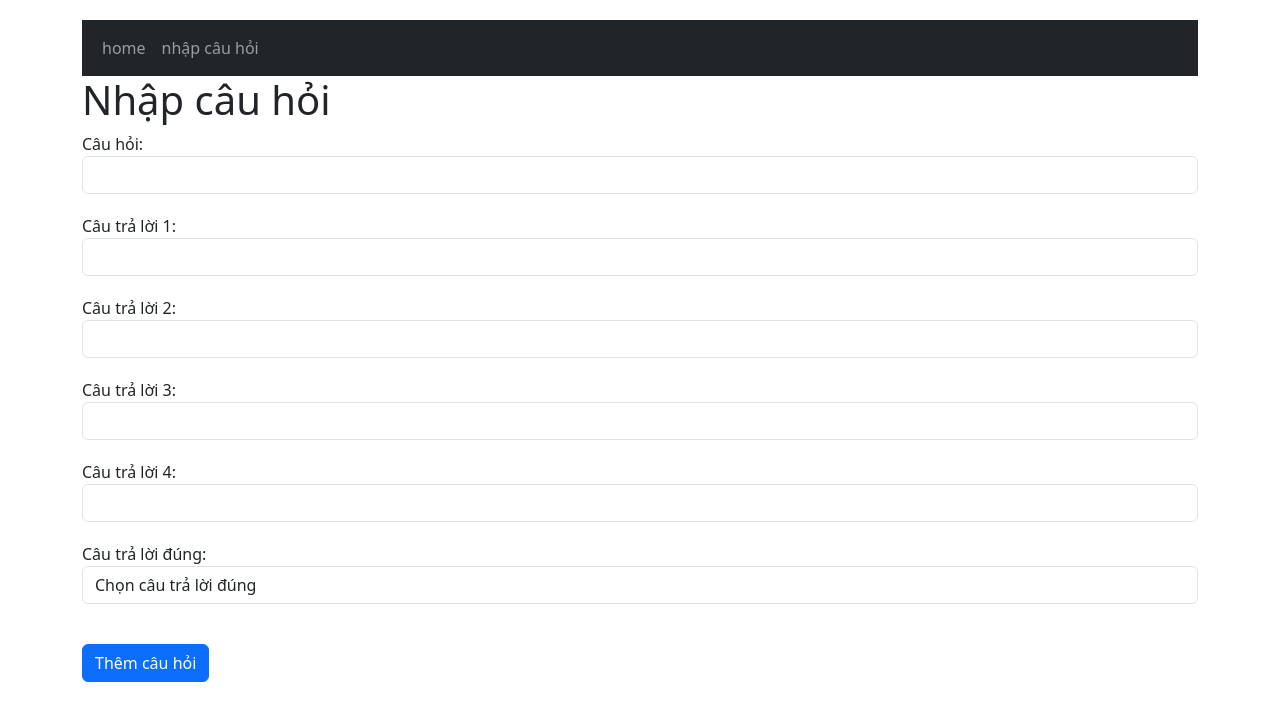
Repository: tran-thien-nhan/quiz_tlln
Page: nhap_cau_hoi.html
The author's editor kept a copy of each file at every save. The page is drawn from the files as they stood at one save, then again after the next save.
The browser window is 1280 px wide. The pictures show the whole page.

Above is the page before, as saved 2023-06-25 10:58:14.

### nhap_cau_hoi.html
<!DOCTYPE html>
<html lang="en">

<head>
    <meta charset="UTF-8">
    <meta name="viewport" content="width=device-width, initial-scale=1.0">
    <title>Nhập câu hỏi</title>
    <!-- CSS -->
    <link rel="stylesheet" href="https://cdn.jsdelivr.net/npm/bootstrap@5.3.0/dist/css/bootstrap.min.css">
    <style>
        body {
            padding: 20px;
        }

        .form-group {
            margin-bottom: 20px;
        }

        .btn-submit {
            margin-top: 20px;
        }
    </style>
</head>

<body>
    <div class="container">
        <nav class="navbar navbar-expand-sm bg-dark navbar-dark">
            <div class="container-fluid">
                <!-- Links -->
                <ul class="navbar-nav">
                    <li class="nav-item">
                        <a class="nav-link" href="index.html">home</a>
                    </li>
                    <li class="nav-item">
                        <a class="nav-link" href="nhap_cau_hoi.html">nhập câu hỏi</a>
                    </li>
                </ul>
            </div>
        </nav>
        <h1>Nhập câu hỏi</h1>
        <form id="question-form">
            <div class="form-group">
                <label for="question">Câu hỏi:</label>
                <input type="text" id="question" name="question" class="form-control" required>
            </div>
            <div class="form-group">
                <label for="choice1">Câu trả lời 1:</label>
                <input type="text" id="choice1" name="choice1" class="form-control" required>
            </div>
            <div class="form-group">
                <label for="choice2">Câu trả lời 2:</label>
                <input type="text" id="choice2" name="choice2" class="form-control" required>
            </div>
            <div class="form-group">
                <label for="choice3">Câu trả lời 3:</label>
                <input type="text" id="choice3" name="choice3" class="form-control" required>
            </div>
            <div class="form-group">
                <label for="choice4">Câu trả lời 4:</label>
                <input type="text" id="choice4" name="choice4" class="form-control" required>
            </div>
            <div class="form-group">
                <label for="correct-answer">Câu trả lời đúng:</label>
                <select id="correct-answer" name="correctAnswer" class="form-control" required>
                    <option value="" disabled selected>Chọn câu trả lời đúng</option>
                    <option value="choice1">Câu trả lời 1</option>
                    <option value="choice2">Câu trả lời 2</option>
                    <option value="choice3">Câu trả lời 3</option>
                    <option value="choice4">Câu trả lời 4</option>
                </select>
            </div>
            <button type="submit" class="btn btn-primary btn-submit">Thêm câu hỏi</button>
        </form>
    </div>

    <!-- JavaScript -->
    <script src="https://cdn.jsdelivr.net/npm/bootstrap@5.3.0/dist/js/bootstrap.bundle.min.js"></script>
    <script src="https://code.jquery.com/jquery-3.6.0.min.js"></script>
    <script>
        $(document).ready(function () {
            $('#question-form').submit(function (e) {
                e.preventDefault();

                // Lấy giá trị từ form
                var question = $('#question').val();
                var choice1 = $('#choice1').val();
                var choice2 = $('#choice2').val();
                var choice3 = $('#choice3').val();
                var choice4 = $('#choice4').val();
                var correctAnswer = $('#correct-answer').val();

                // Tạo object từ giá trị
                var newQuestion = {
                    "question": question,
                    "choices": [choice1, choice2, choice3, choice4],
                    "correctAnswer": correctAnswer
                };

                // Gửi object tới server hoặc xử lý dữ liệu theo yêu cầu

                // Reset form
                $('#question-form')[0].reset();
                $('#correct-answer').val('').trigger('change');

                // Thông báo thành công
                alert('Thêm câu hỏi thành công!');
            });
        });
    </script>
</body>

</html>

After the next save:
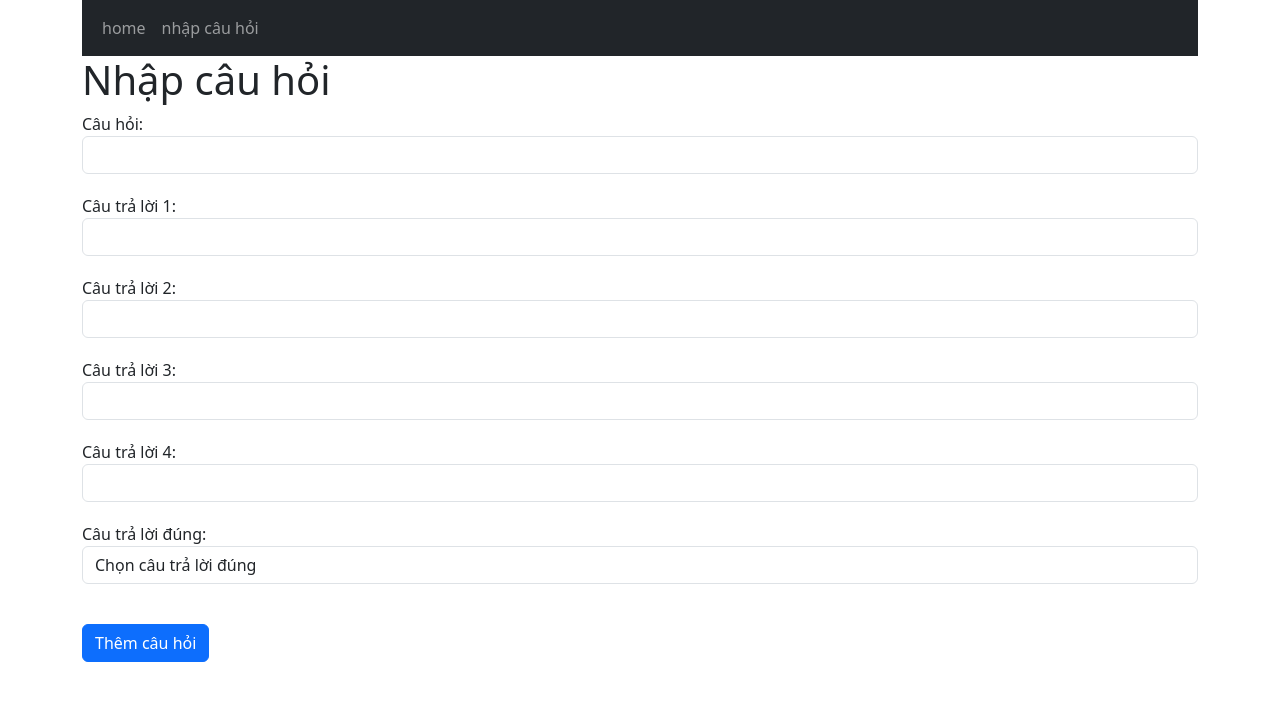
Saved 13 s later.
--- a/nhap_cau_hoi.html
+++ b/nhap_cau_hoi.html
@@ -8,9 +8,6 @@
     <!-- CSS -->
     <link rel="stylesheet" href="https://cdn.jsdelivr.net/npm/bootstrap@5.3.0/dist/css/bootstrap.min.css">
     <style>
-        body {
-            padding: 20px;
-        }
 
         .form-group {
             margin-bottom: 20px;
